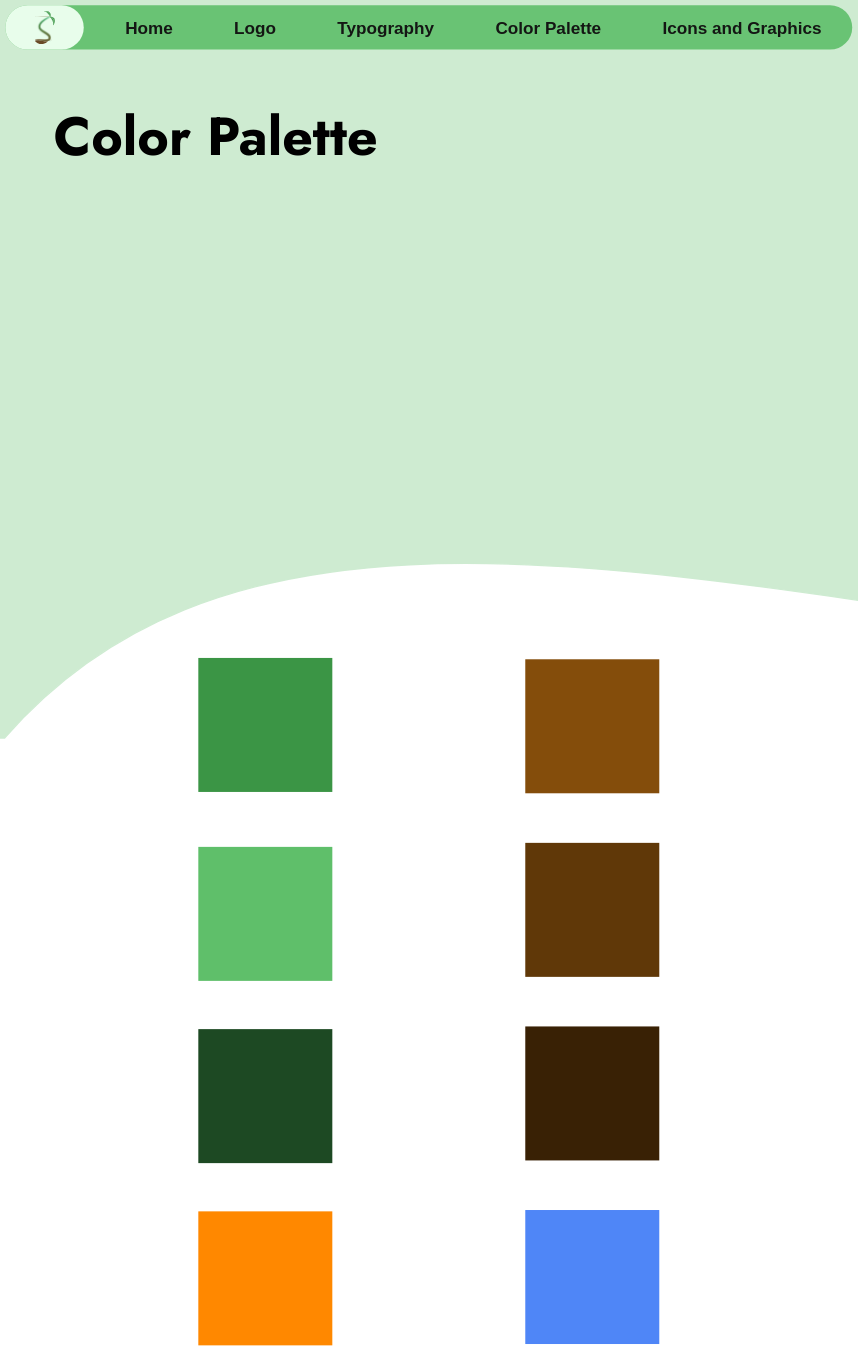
Repository: jjennbui/seedsprout_styleguide
Page: pages/colorPalette.html
The author's editor kept a copy of each file at every save. The page is drawn from the files as they stood at one save, then again after the next save.
The browser window is 1280 px wide. The pictures show the whole page, at 67% of full size.
Some web fonts or font styles are not loaded; a fallback is used.

Above is the page before, as saved 2023-03-11 00:38:27.

After the next save:
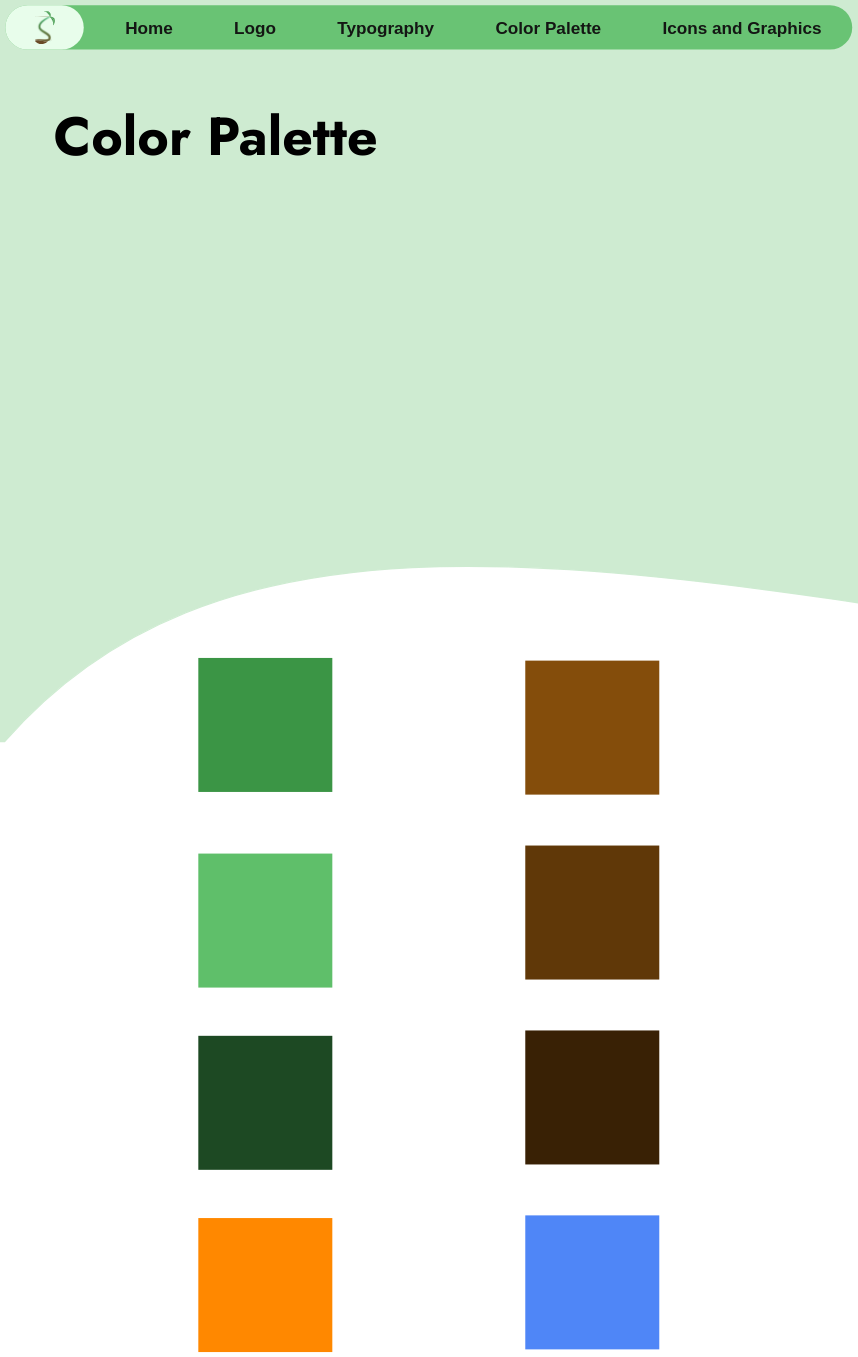
Saved 26 s later.
--- a/styles/home.css
+++ b/styles/home.css
@@ -194,7 +194,7 @@ body {
     margin: 10vh;
 }
 .forest-box-size{
-    height: 210px;
+    height: 220px;
     width: 200px;
     border: #1D4923;
     background-color: white;
